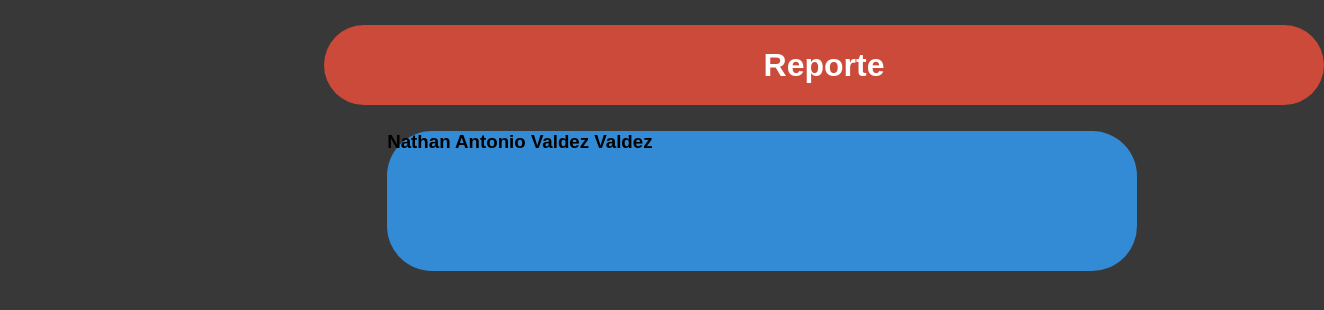
Repository: nathanvdev/LFP_PR_202001568
Page: plantilla.html
An editor plug-in stored every save of this project. The page is shown before and after the next save, followed by the edit.
The browser window is 1280 px wide. The page is 1324 px wide, so the pictures cover 1324 px, including what lies to the right of the window. The pictures show the whole page.

Above is the page before, as saved 2022-02-19 18:50:07.

After the next save:
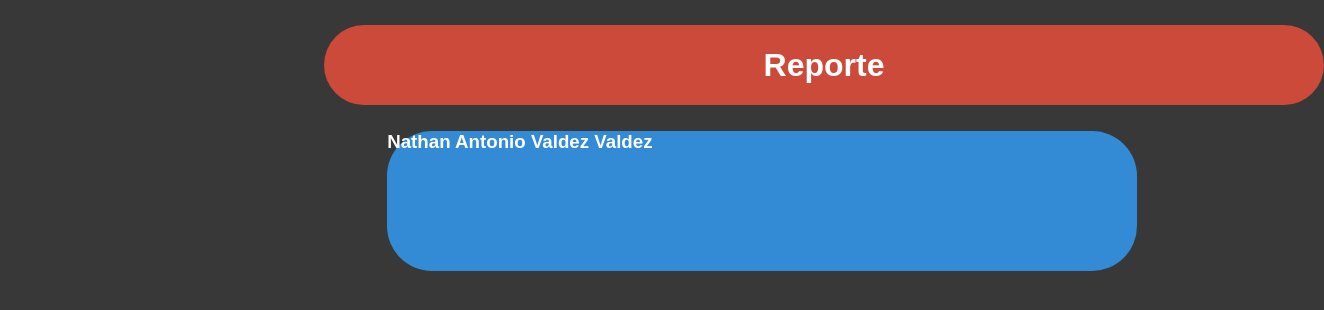
Saved 15 s later.
--- a/plantilla.html
+++ b/plantilla.html
@@ -37,7 +37,7 @@
         <h1 style="color: white;">Reporte</h1>
     </div>
     <div class="PersonalInfo">
-        <h3>
+        <h3 style="color: white;">
             Nathan Antonio Valdez Valdez
         </h3>
     </div>
